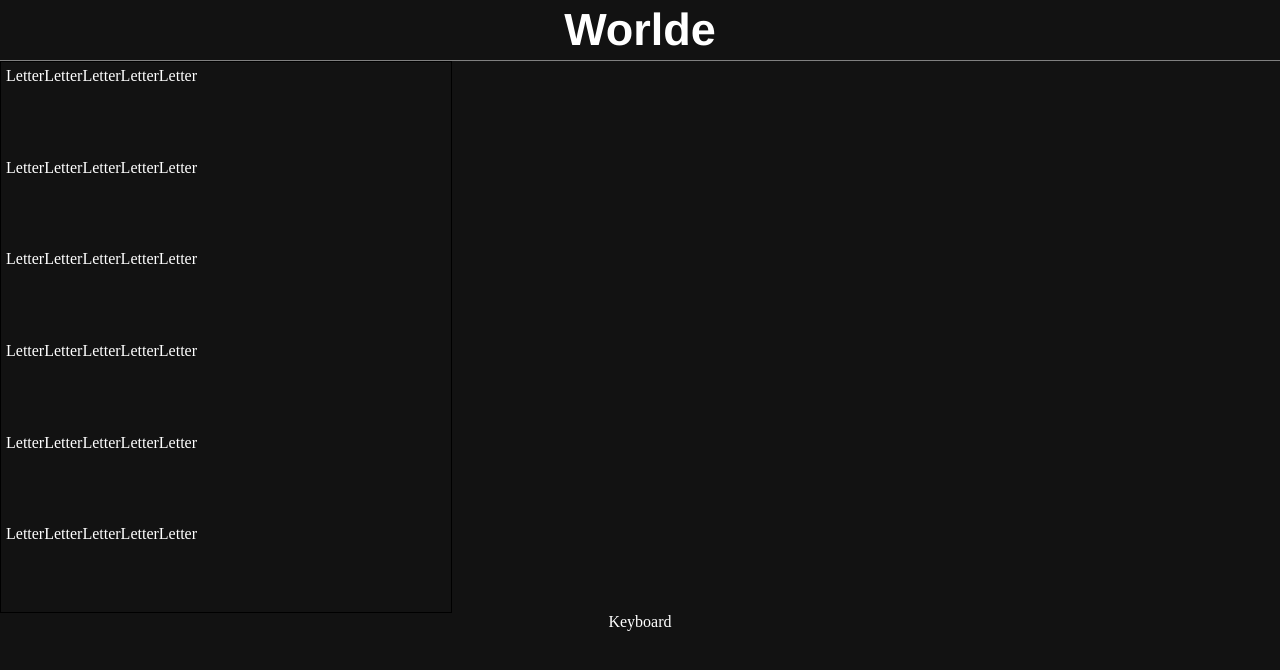
Repository: azizdeghais/Wordle
Page: /
The author's editor kept a copy of each file at every save. The page is drawn from the files as they stood at one save, then again after the next save.
The browser window is 1280 px wide. The pictures show the whole page.
The project was rebuilt for these pictures with package versions that can differ from the ones it lists, and the page was loaded fresh each time.

Above is the page before, as saved 2022-11-30 09:50:31.

After the next save:
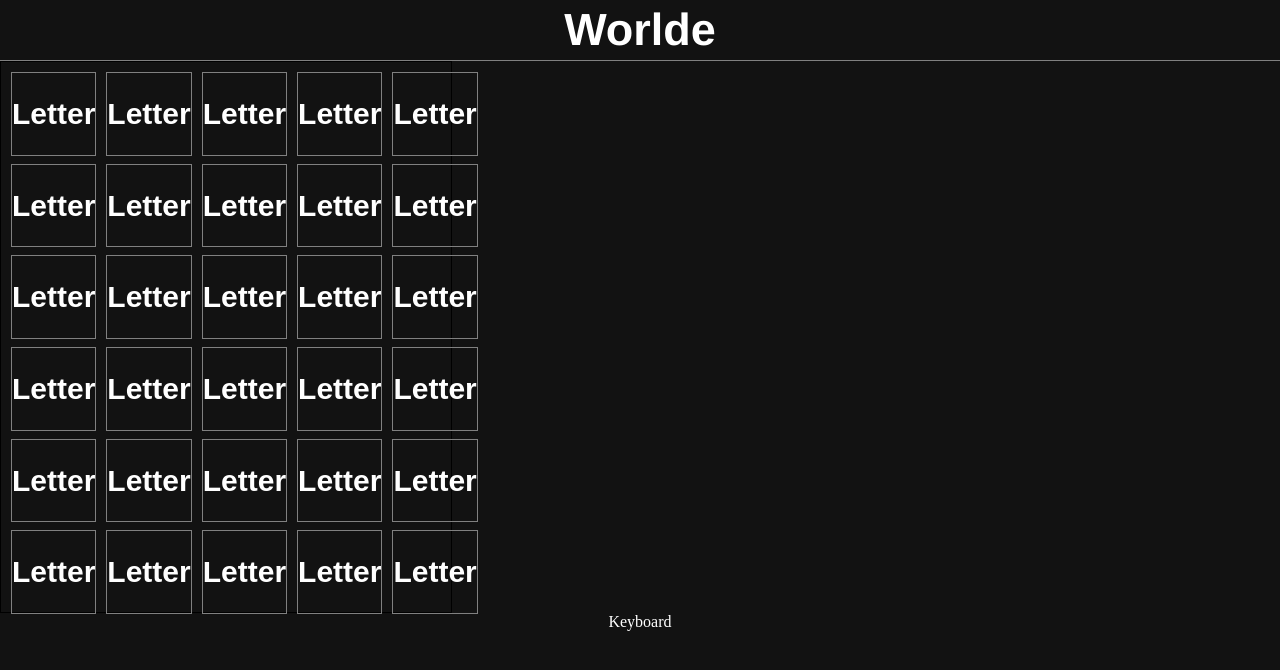
Saved 82 s later.
--- a/src/Components/Letter.js
+++ b/src/Components/Letter.js
@@ -2,7 +2,7 @@
 
 function Letter({letterPos,attemptVal}) {
   return (
-    <div>Letter</div>
+    <div className='letter'>Letter</div>
   )
 }
 
